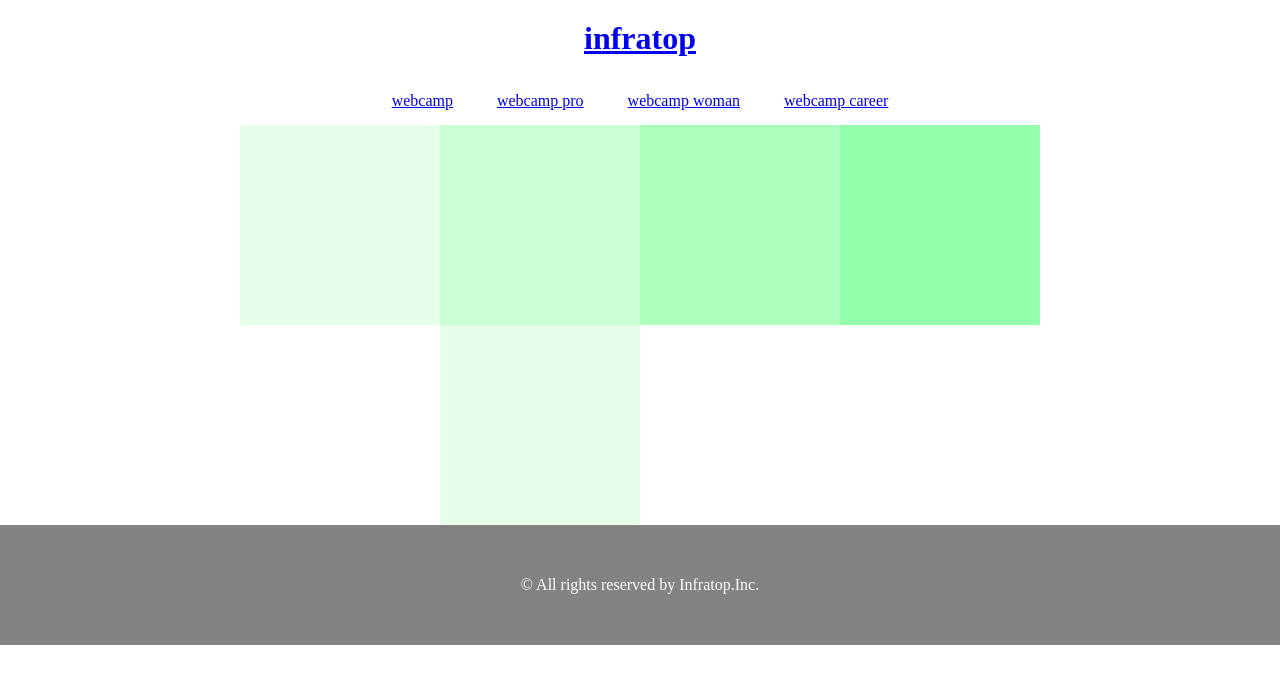
Repository: achoko3/Practice-problem
Page: chapter4/chapter4.html
The author's editor kept a record of every edit. The page is drawn from the files as they stood at one moment, then again after the next edit.
The browser window is 1280 px wide. The pictures show the whole page.

Above is the page before.

### chapter4/chapter4.html
<!DOCTYPE html>
<html lang="ja">
  <head>
    <meta charset="UTF-8" />
    <!-- CSSファイルの読み込み -->
    <link rel="stylesheet" href="chapter4.css" />
    <title>chapter4</title>
  </head>

  <body>
    <header>
      <h1><a href="http://infratop.jp/">infratop</a></h1>
    </header>
    <nav>
      <ul class="nav-list">
        <li class="nav-list-item">
         <a href="http://web-camp.io/" >webcamp</a>
        </li>
        <li class="nav-list-item">
          <a href="http://web-camp.io/pro/" >webcamp pro</a>
        </li>
        <li class="nav-list-item">
          <a href="http://web-camp.io/woman/" >webcamp woman</a>
        </li>
        <li class="nav-list-item">
          <a href="http://web-camp.io/career/" >webcamp career</a>
        </li>
      </ul>
    </nav>
    <!-- box1用のdiv -->

    <div class="main">
      <div class="box1"></div>
      <div class="box2"></div>
      <div class="box3"></div>
      <div class="box4"></div>
      <div class="box5"></div>
      <div class="box6"></div>
      <div class="box7"></div>
      <div class="box8"></div>
      <div class="box9"></div>
      <div class="box10"></div>
      <div class="box11"></div>
      <div class="box12"></div>
    </div>
    <footer>
      <p class="footer-text">© All rights reserved by Infratop.Inc.</p>
    </footer>

  </body>
</html>

### chapter4/chapter4.css
/* ブラウザがそれぞれ持っているCSSをリセットするための記述 */
*{
 margin: 0;
 padding: 0;
 box-sizing: border-box;
}

header{
  width:100%;
  padding:20px 0;
  margin:0 auto;
  text-align:center;
}


.nav-list{
  text-align:center;
  padding:15px 0;
  margin:0 auto;
}

.nav-list-item{
  list-style:none;
  display:inline-block;
  margin:0 20px;
}



.main{
  width:800px;
  display:flex;
  margin:0 auto;
  flex-wrap: wrap;
}

.box1{
  width:200px;
  height:200px;
  background-color:#e6ffe9;
}

.box2{
  width:200px;
  height:200px;
  background-color:#cbffd3;
}

.box3{
  width:200px;
  height:200px;
  background-color:#aeffbd;
}

.box4{
  width:200px;
  height:200px;
  background-color:#93ffab;
}

.box5{
  width:200px;
  height:200px;
  background-color:;
}

.box6{
  width:200px;
  height:200px;
  background-color:#e6ffe9;
}

footer{
  width:100%;
  height:120px;
  text-align: center;
  line-height: 120px;
  background-color: #848282;
}
.footer-text {
color: #fff;

}

After the next edit:
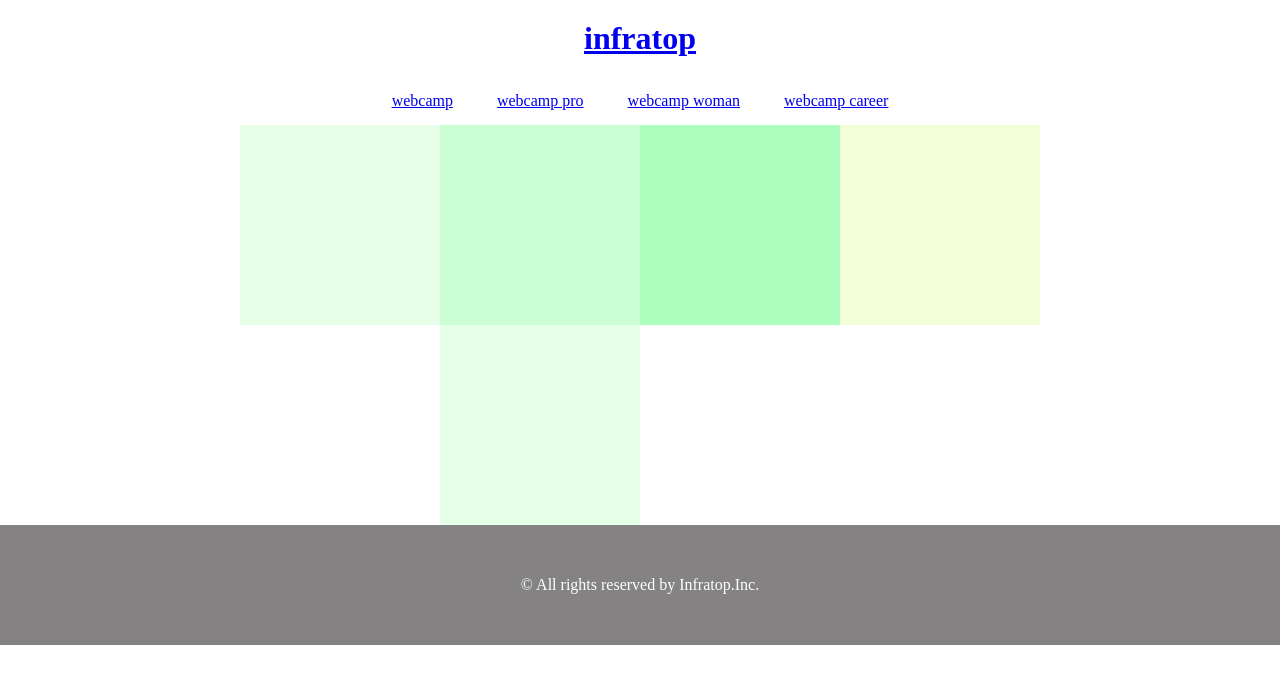
The edit:
--- a/chapter4/chapter4.css
+++ b/chapter4/chapter4.css
@@ -55,7 +55,7 @@
 .box4{
   width:200px;
   height:200px;
-  background-color:#93ffab;
+  background-color:#f3ffd8;
 }
 
 .box5{
